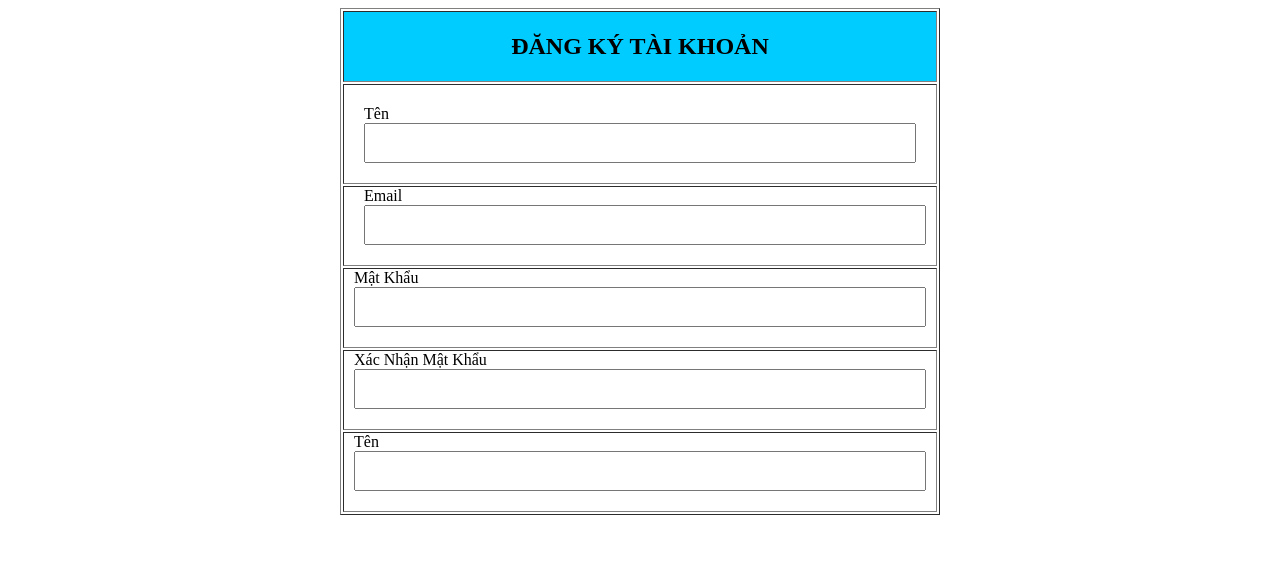
Repository: Tan-Khang21/TH_TKW--Buoi_04
Page: Bai_Tap_Ve_Nha/Bai_01/form7.html
These files come from the project's save history. The page is drawn as it stood at one moment and after the next save; the edit follows.
The browser window is 1280 px wide. The pictures show the whole page.

Above is the page before, as saved 2024-03-07 16:00:02.

After the next save:
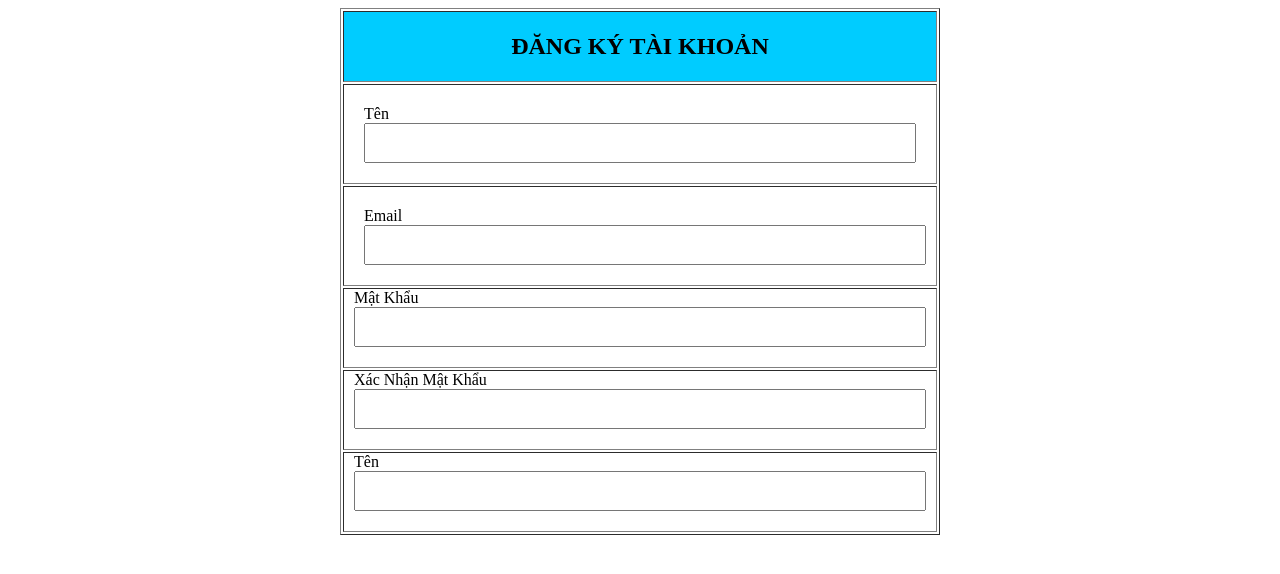
Saved 14 s later.
--- a/Bai_Tap_Ve_Nha/Bai_01/form7.html
+++ b/Bai_Tap_Ve_Nha/Bai_01/form7.html
@@ -24,7 +24,7 @@
             </td>
           </tr>
         <tr>
-          <td style="padding: 0 10px 20px 20px">
+          <td style="padding: 20px 10px 20px 20px">
             <span>Email</span>
             <br />
             <input

After the save that followed:
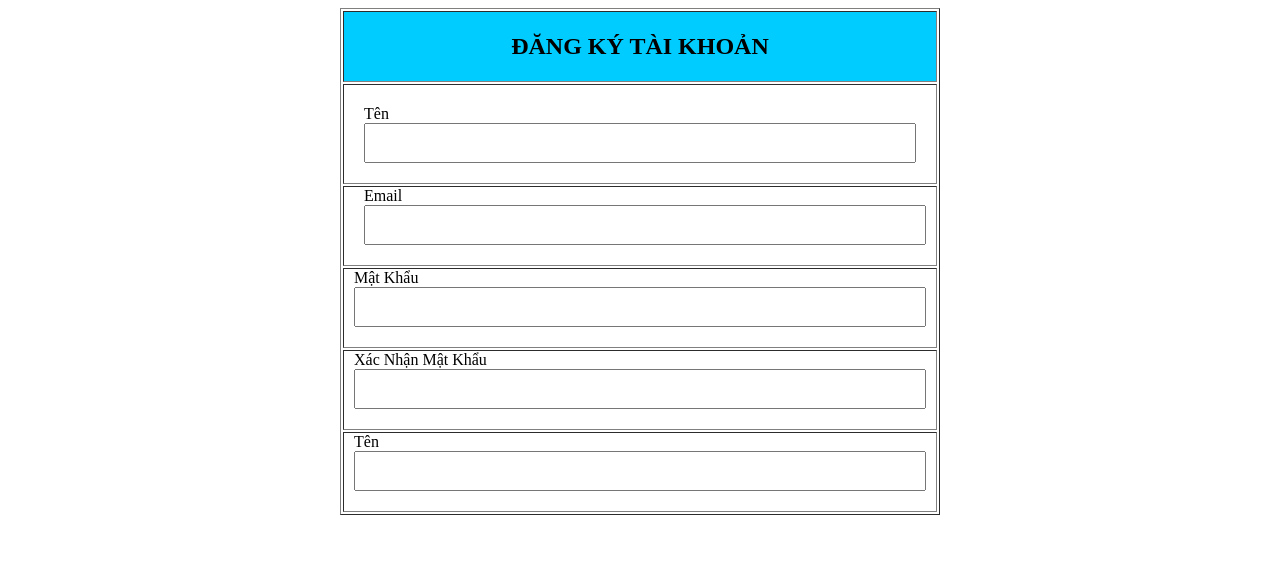
Saved 9 s later.
--- a/Bai_Tap_Ve_Nha/Bai_01/form7.html
+++ b/Bai_Tap_Ve_Nha/Bai_01/form7.html
@@ -24,7 +24,7 @@
             </td>
           </tr>
         <tr>
-          <td style="padding: 20px 10px 20px 20px">
+          <td style="padding: 0px 10px 20px 20px">
             <span>Email</span>
             <br />
             <input
